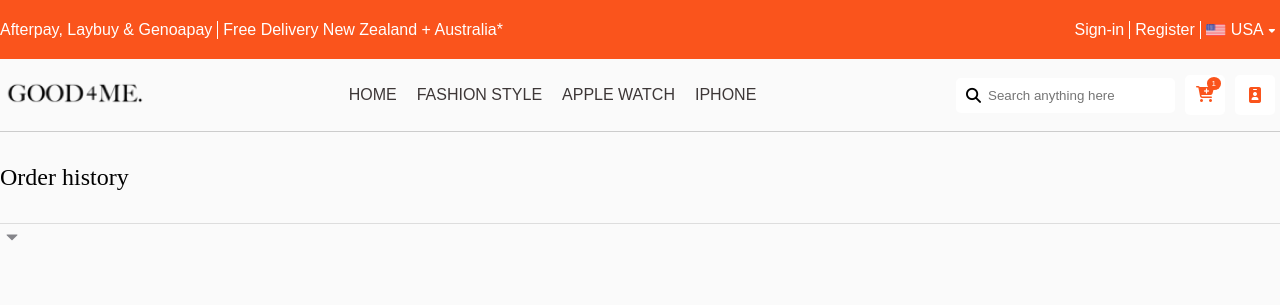
Repository: Ngoc28/Shoppe-web
Page: html/history.html
The author's editor kept a copy of each file at every save. The page is drawn from the files as they stood at one save, then again after the next save.
The browser window is 1280 px wide. The pictures show the whole page.
Some web fonts or font styles are not loaded; a fallback is used.

Above is the page before, as saved 2023-08-08 22:39:43.

After the next save:
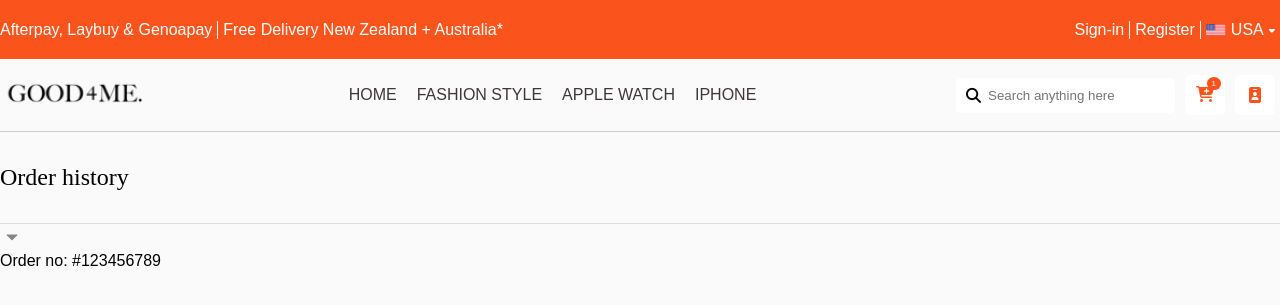
Saved 38 s later.
--- a/html/history.html
+++ b/html/history.html
@@ -75,6 +75,7 @@
         <div class="container-block">
             <div class="container-order">
                 <img src="../accest/image/icon.svg" alt="">
+                <p>Order no: #123456789</p>
             </div>
         </div>
     </div>
